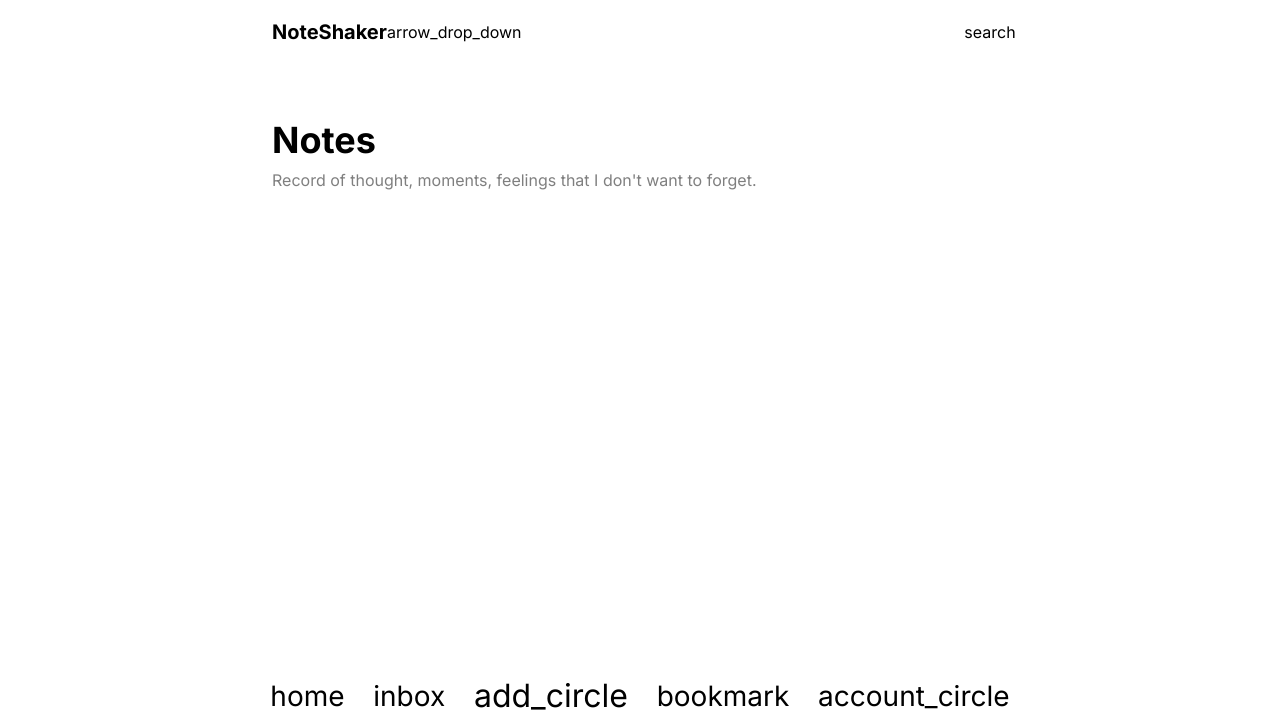
Repository: kwngmin/gongam
Page: /
These files come from the project's save history. The page is drawn as it stood at one moment and after the next save; the edit follows.
The browser window is 1280 px wide. The pictures show the whole page.
The page's requests for data from a server got no answer. The project was rebuilt for these pictures with package versions that can differ from the ones it lists, and the page was loaded fresh each time. The framework's server and built-in components were replaced by stand-ins that run in the browser. No one was signed in, and anything a server would have sent is missing. Also part of the build but not shown: next.config.js.

Above is the page before, as saved 2023-11-01 22:21:59.

### src/app/layout.tsx
import type { Metadata } from 'next';
import { Inter } from 'next/font/google';
import './globals.css';
import Navbar from '@/components/ui/Navbar';
import 'material-symbols';
import AuthContext from '../context/AuthContext';
import Footer from '@/components/ui/Footer';
import { Analytics } from '@vercel/analytics/react';

const inter = Inter({ subsets: ['latin'] });

export const metadata: Metadata = {
  title: 'NoteShaker',
  description: 'Record of thought, moments, feelings',
};

export default function RootLayout({
  children,
}: {
  children: React.ReactNode;
}) {
  return (
    <html lang='en' className={inter.className}>
      <AuthContext>
        <body className='h-screen flex relative flex-col'>
          <header className='sticky top-0 w-full max-w-screen-md mx-auto px-4 bg-white'>
            <Navbar />
          </header>
          <main className='grow w-full max-w-screen-md mx-auto px-4'>
            {children}
          </main>
          <Footer />
          <Analytics />
        </body>
      </AuthContext>
    </html>
  );
}

### src/app/page.tsx
'use client';
import Title from '@/components/ui/Title';
import { useSession, signIn, signOut } from 'next-auth/react';

export default function Home() {
  const titleData = {
    title: `Notes`,
    description: `Record of thought, moments, feelings that I don't want to forget.`,
  };
  const { data: session } = useSession();
  console.log(session);
  return (
    <section>
      <Title titleData={titleData} />
    </section>
  );
}

### src/app/globals.css
@tailwind base;
@tailwind components;
@tailwind utilities;

:root {
  --foreground-rgb: 0, 0, 0;
  --background-start-rgb: 214, 219, 220;
  --background-end-rgb: 255, 255, 255;
}

@media (prefers-color-scheme: dark) {
  :root {
    --foreground-rgb: 255, 255, 255;
    --background-start-rgb: 0, 0, 0;
    --background-end-rgb: 0, 0, 0;
  }
}

/* body {
} */

/* font-variation-settings: 'FILL' 1, 'wght' 400, 'GRAD' 0, 'opsz' 40; */
.material-symbols-rounded {
  font-variation-settings: 'wght' 400;
  /* font-variation-settings: 'FILL' 1, 'wght' 600, 'GRAD' 0, 'opsz' 48; */
  &.filled {
    font-variation-settings: 'FILL' 1;
  }
  &.medium {
    font-size: 28px;
  }
  &.large {
    font-size: 32px;
  }
  &.xlarge {
    font-size: 36px;
  }
}

@supports (-webkit-touch-callout: none) {
  .h-screen {
    height: -webkit-fill-available;
  }
}

### src/components/ui/Navbar.tsx
'use client';

import Link from 'next/link';
import { usePathname } from 'next/navigation';
import SearchIcon from './icons/SearchIcon';
import ArrowDropDownIcon from './icons/ArrowDropDownIcon';

export default function Navbar() {
  const pathName = usePathname();
  return (
    <div className='h-16 flex items-center justify-between'>
      <Link href='/'>
        <div className='flex items-center'>
          <h1 className='text-lg md:text-xl font-bold'>NoteShaker</h1>
          <ArrowDropDownIcon />
        </div>
      </Link>
      <Link href='/search'>
        <div className='flex items-center w-9 h-9 hover:bg-gray-100 justify-center rounded-2xl'>
          <SearchIcon />
        </div>
      </Link>
    </div>
  );
}

### src/context/AuthContext.tsx
'use client';
import { SessionProvider } from 'next-auth/react';
import { ReactNode } from 'react';
type Props = {
  children: ReactNode;
};
export default function AuthContext({ children }: Props) {
  return <SessionProvider>{children}</SessionProvider>;
}

### src/components/ui/Footer.tsx
'use client';
import Dockbar from './Dockbar';
import { useSession, signIn, signOut } from 'next-auth/react';
import Loginbar from './Loginbar';

export default function Footer() {
  //   const { data: session } = useSession();
  return <Dockbar />;
  //   return (
  //     <>
  //       {session ? (
  //         <footer className='sticky bottom-0 w-full max-w-screen-md mx-auto'>
  //           <Dockbar />
  //         </footer>
  //       ) : (
  //         <div
  //           role='button'
  //           onClick={() => signIn()}
  //           className='sticky bg-gray-50 hover:bg-gray-100 rounded-full bottom-4 w-56 h-12 mx-auto flex items-center justify-center select-none font-semibold cursor-pointer'
  //         >
  //           Sign in
  //         </div>
  //       )}
  //     </>
  //   );
}

### src/components/ui/Title.tsx
type TitleData = {
  title: string;
  description: string;
};
export default function Title({ titleData }: { titleData: TitleData }) {
  const { title, description } = titleData;
  return (
    <div className='pt-14 pb-16'>
      <h1 className='text-3xl md:text-4xl font-bold mb-2'>{title}</h1>
      <p className='text-black/50 break-keep'>{description}</p>
    </div>
  );
}

### src/components/ui/icons/SearchIcon.tsx
export default function SearchIcon() {
  return <span className='material-symbols-rounded fillIcon'>search</span>;
}

### src/components/ui/icons/ArrowDropDownIcon.tsx
export default function ArrowDropDownIcon() {
  return (
    <span className='material-symbols-rounded fillIcon'>arrow_drop_down</span>
  );
}

### src/components/ui/Dockbar.tsx
'use client';
import AddIcon from './icons/AddIcon';
import Link from 'next/link';
import { useSession, signIn, signOut } from 'next-auth/react';
import RoundIcon from './icons/RoundIcon';
import { usePathname } from 'next/navigation';

export default function Dockbar() {
  const pathName = usePathname();
  const { data: session } = useSession();
  // console.log(pathName);
  return (
    <div className='h-12 flex items-center justify-around w-full max-w-screen-md bg-white fixed bottom-0 left-1/2 -translate-x-1/2'>
      <Link href='/'>
        <div>
          {pathName === '/' ? (
            <RoundIcon name='home' filled style='medium' />
          ) : (
            <RoundIcon name='home' style='medium' />
          )}
        </div>
      </Link>
      <Link href='/inbox'>
        <div>
          {pathName === '/inbox' ? (
            <RoundIcon name='inbox' filled style='medium' />
          ) : (
            <RoundIcon name='inbox' style='medium' />
          )}
        </div>
      </Link>
      <Link href='/new'>
        <div>
          <RoundIcon name='add_circle' filled style='large' />
        </div>
      </Link>
      <Link href='/bookmarks'>
        <div>
          {pathName === '/bookmarks' ? (
            <RoundIcon name='bookmark' filled style='medium' />
          ) : (
            <RoundIcon name='bookmark' style='medium' />
          )}
        </div>
      </Link>
      <Link href='/account'>
        <div>
          {pathName === '/account' ? (
            <RoundIcon name='account_circle' filled style='medium' />
          ) : (
            <RoundIcon name='account_circle' style='medium' />
          )}
        </div>
      </Link>
      {/* {session ? (
        <div
          className='flex items-center w-9 h-9 hover:bg-gray-100 justify-center rounded-2xl'
          role='button'
          onClick={() => signOut()}
        >
          <AddIcon />
        </div>
      ) : (
        <div
          className='flex items-center w-9 h-9 hover:bg-gray-100 justify-center rounded-2xl'
          role='button'
          onClick={() => signIn()}
        >
          <AddIcon />
        </div>
      )} */}
    </div>
  );
}

### src/components/ui/icons/RoundIcon.tsx
type Props = {
  filled?: boolean;
  style?: string;
  name: string;
};
export default function RoundIcon({ filled = false, style, name }: Props) {
  return (
    <span
      className={`material-symbols-rounded ${
        filled ? 'filled' : ''
      } ${style} select-none`}
    >
      {name}
    </span>
  );
}

Loaded but not shown: tailwind.config.js (common file)

After the next save:
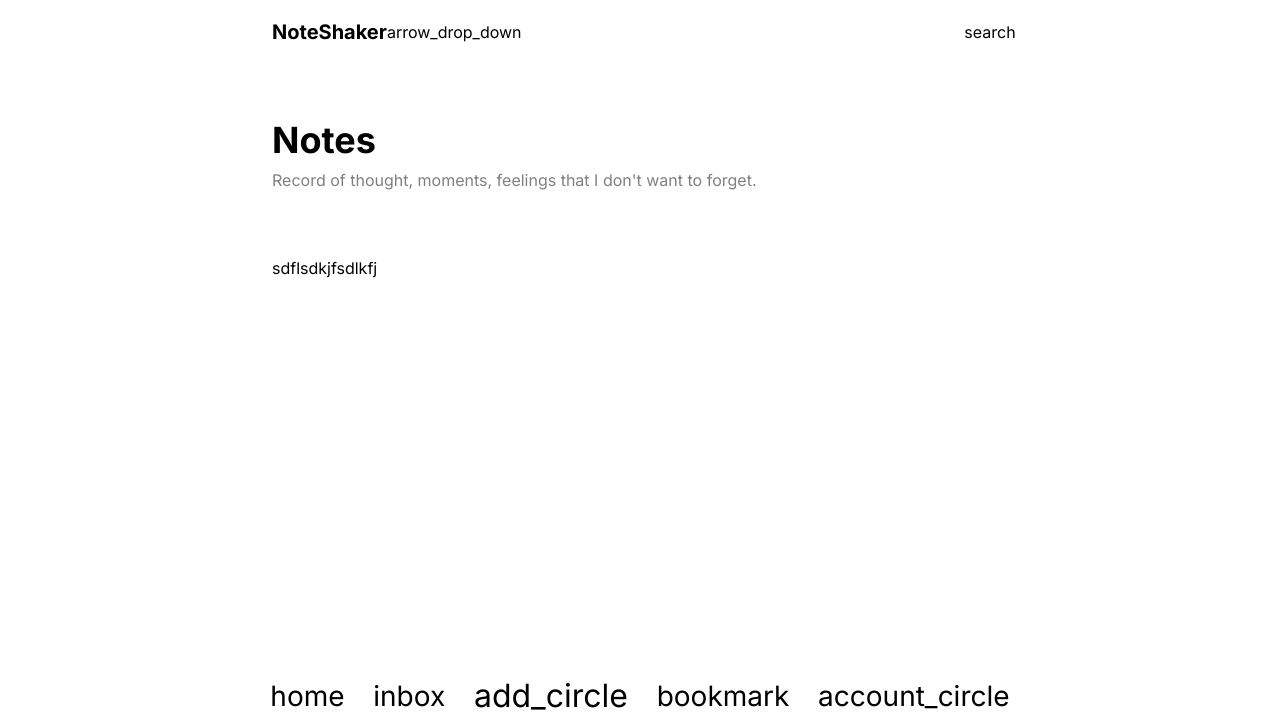
Saved 22 s later.
--- a/src/app/page.tsx
+++ b/src/app/page.tsx
@@ -12,6 +12,7 @@ export default function Home() {
   return (
     <section>
       <Title titleData={titleData} />
+      sdflsdkjfsdlkfj
     </section>
   );
 }
